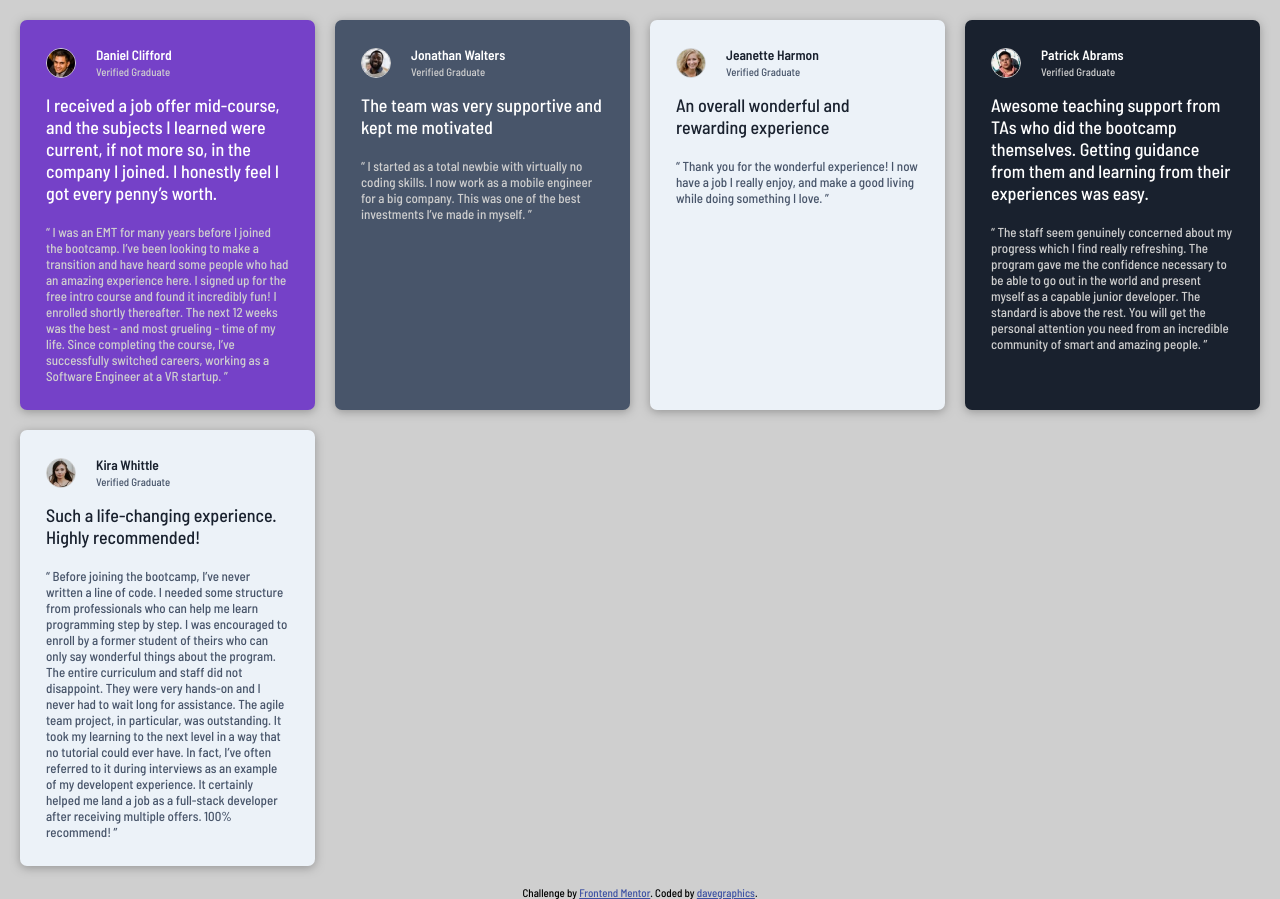
Repository: DejV44/testimonials_grid_section_main
Page: index.html
These files come from the project's save history. The page is drawn as it stood at one moment and after the next save; the edit follows.
The browser window is 1280 px wide. The pictures show the whole page.
The style sheet was rebuilt from its Sass, Less or Tailwind sources for each picture, by a compiler version that may differ from the author's.

Above is the page before, as saved 2021-07-15 19:33:05.

After the next save:
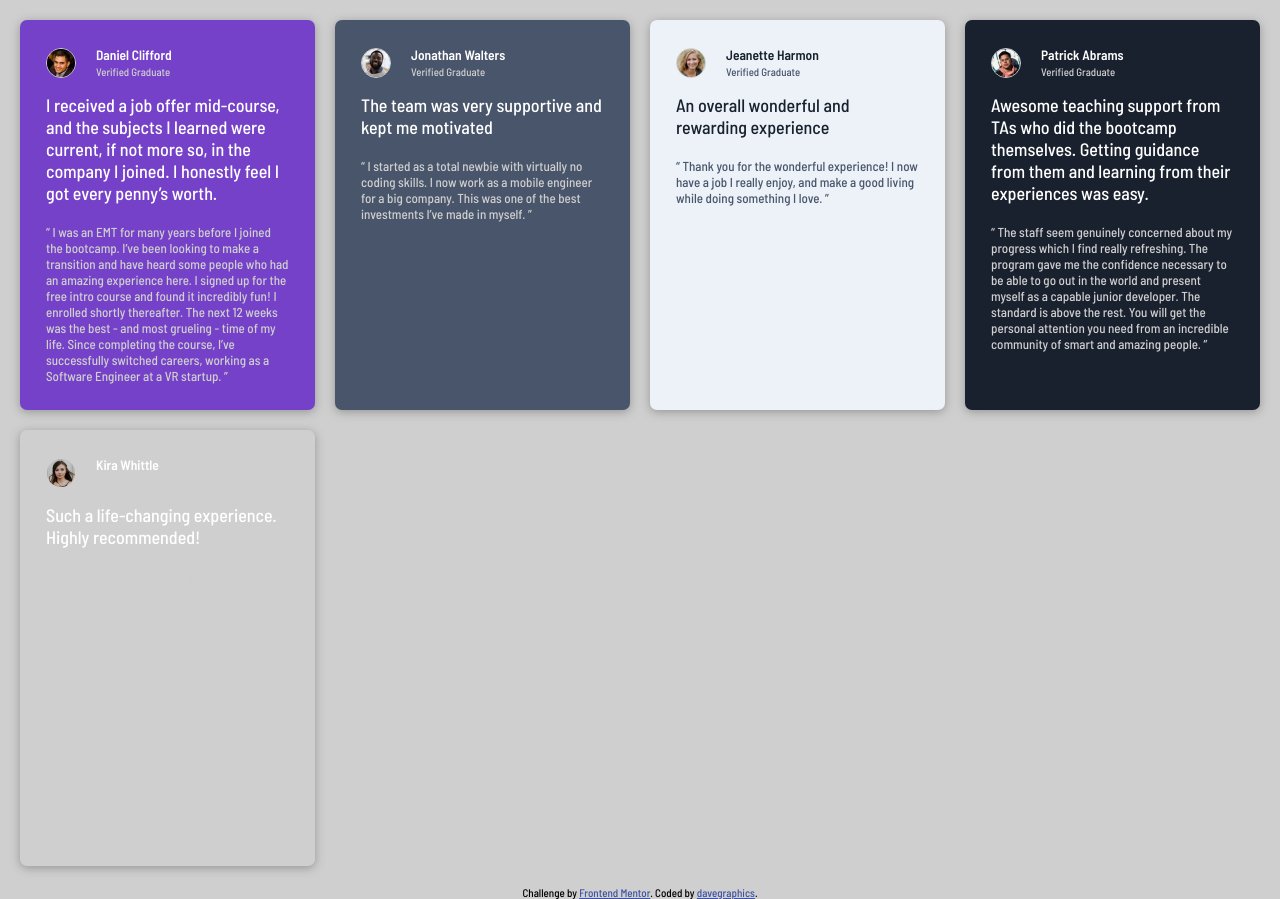
Saved 3 min 50 s later.
--- a/index.html
+++ b/index.html
@@ -66,7 +66,7 @@
         junior developer. The standard is above the rest. You will get the personal attention you need from
         an incredible community of smart and amazing people. ”</blockquote>
     </div>
-    <div class="cards lgblue">
+    <div class="cards lgblue_b">
       <div class="image">
         <img src="./images/image-kira.jpg" alt="image-kira">
         <div>

After the save that followed:
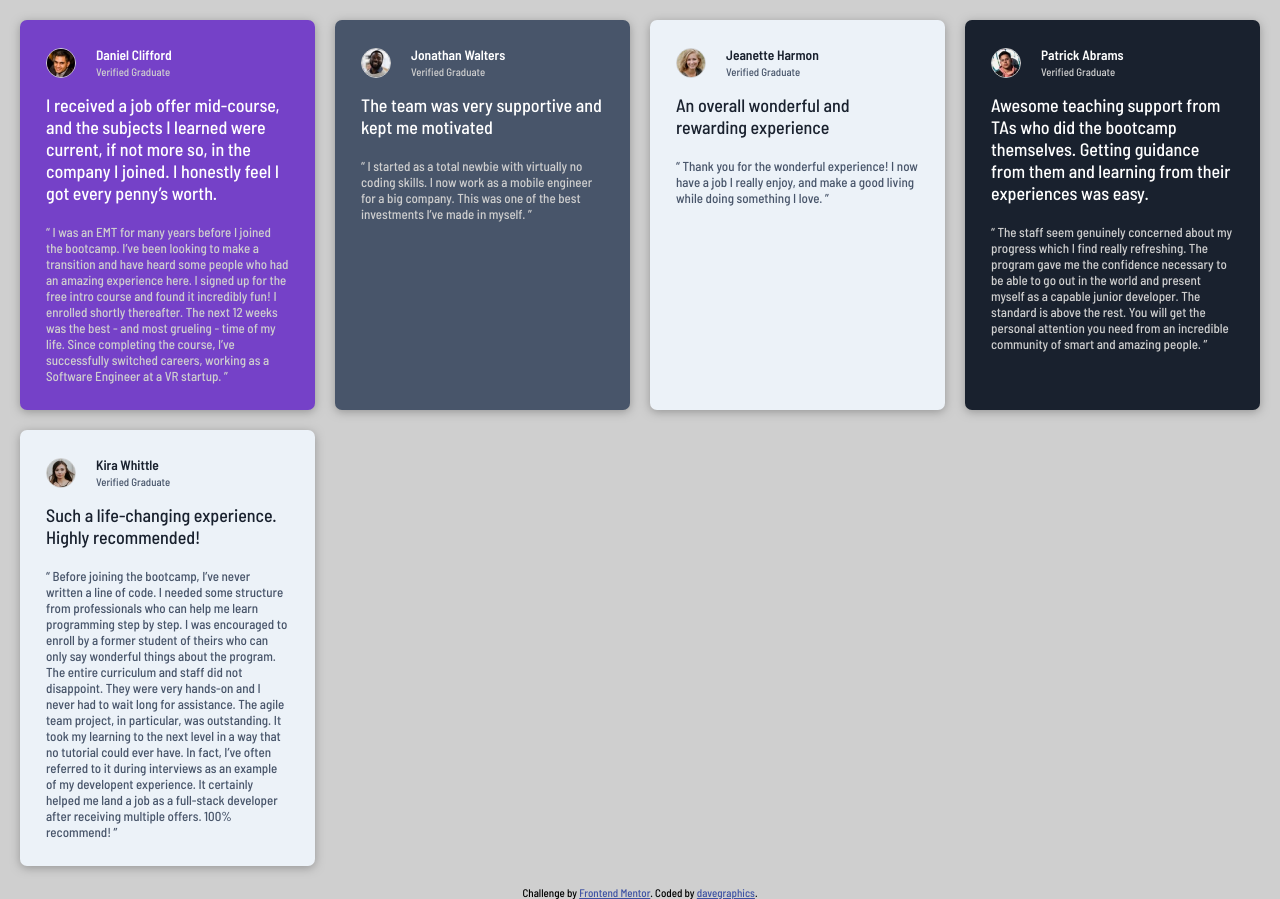
Saved 37 s later.
--- a/css/style.scss
+++ b/css/style.scss
@@ -39,6 +39,24 @@ body {
             }
 
             &.lgblue {
+                background-color: $LightGrayishBlue;
+                p {
+                    color: $VeryDarkBlackishBlue;
+                }
+                blockquote {
+                    color: $VeryDarkGrayishBlue;
+                }
+                .image {
+                    h4 {
+                        color: $VeryDarkBlackishBlue;
+                    }
+                    small {
+                        color: $VeryDarkGrayishBlue;
+                    }
+                }
+            }
+
+            &.lgblue_b {
                 background-color: $LightGrayishBlue;
                 p {
                     color: $VeryDarkBlackishBlue;
